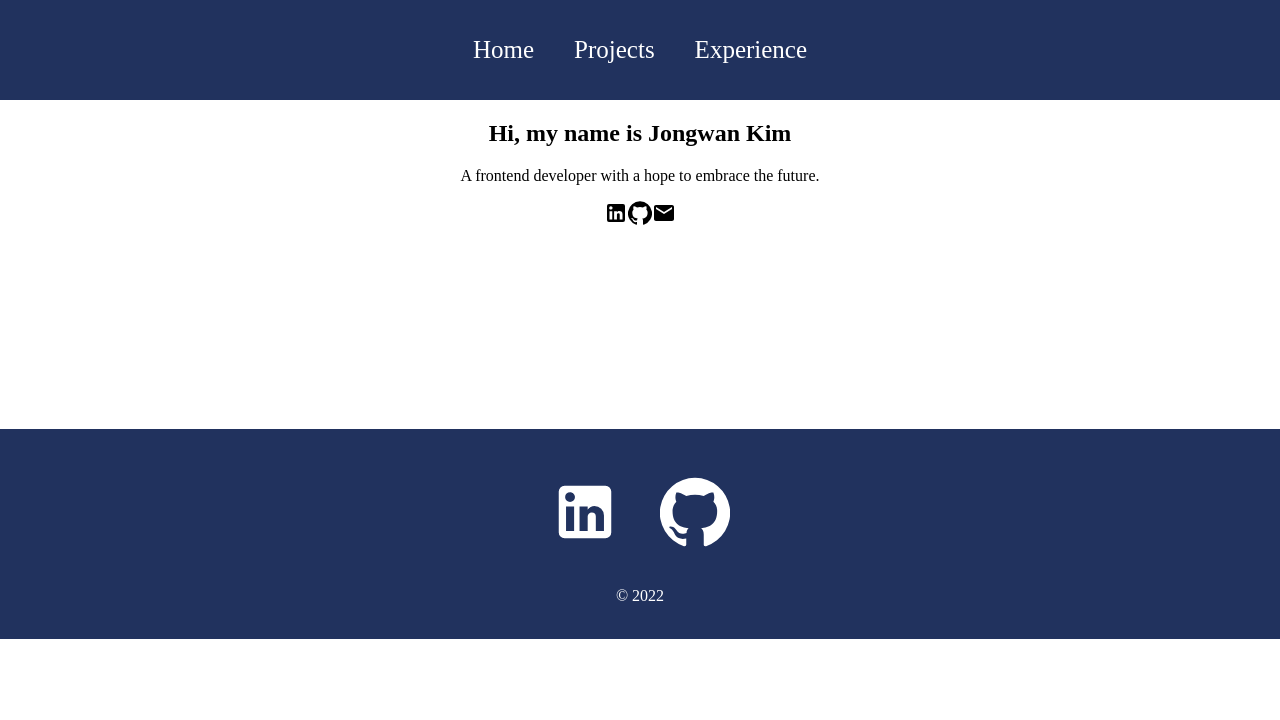
Repository: mireu-san/jw-personal-page
Page: /
An editor plug-in stored every save of this project. The page is shown before and after the next save, followed by the edit.
The browser window is 1280 px wide. The pictures show the whole page.
The project was rebuilt for these pictures with package versions that can differ from the ones it lists, and the page was loaded fresh each time. Also part of the build but not shown: src/pages/Experience.js, src/pages/Projects.js.

Above is the page before, as saved 2022-11-09 17:13:37.

After the next save:
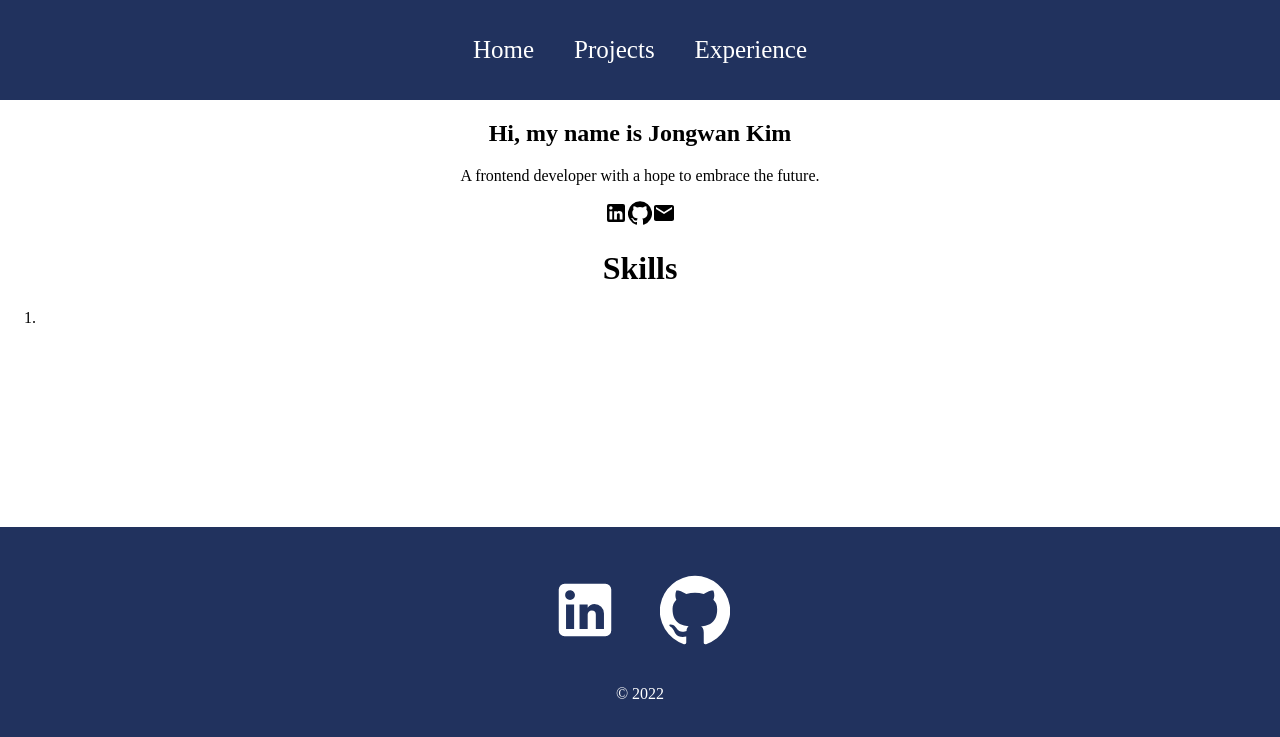
Saved 65 s later.
--- a/src/pages/Home.js
+++ b/src/pages/Home.js
@@ -16,7 +16,12 @@ function Home() {
           <EmailIcon />
         </div>
       </div>
-      <div className="skills"> </div>
+      <div className="skills">
+        <h1>Skills</h1>
+        <ol className="list">
+          <li className="item"></li>
+        </ol>
+      </div>
     </div>
   );
 }
